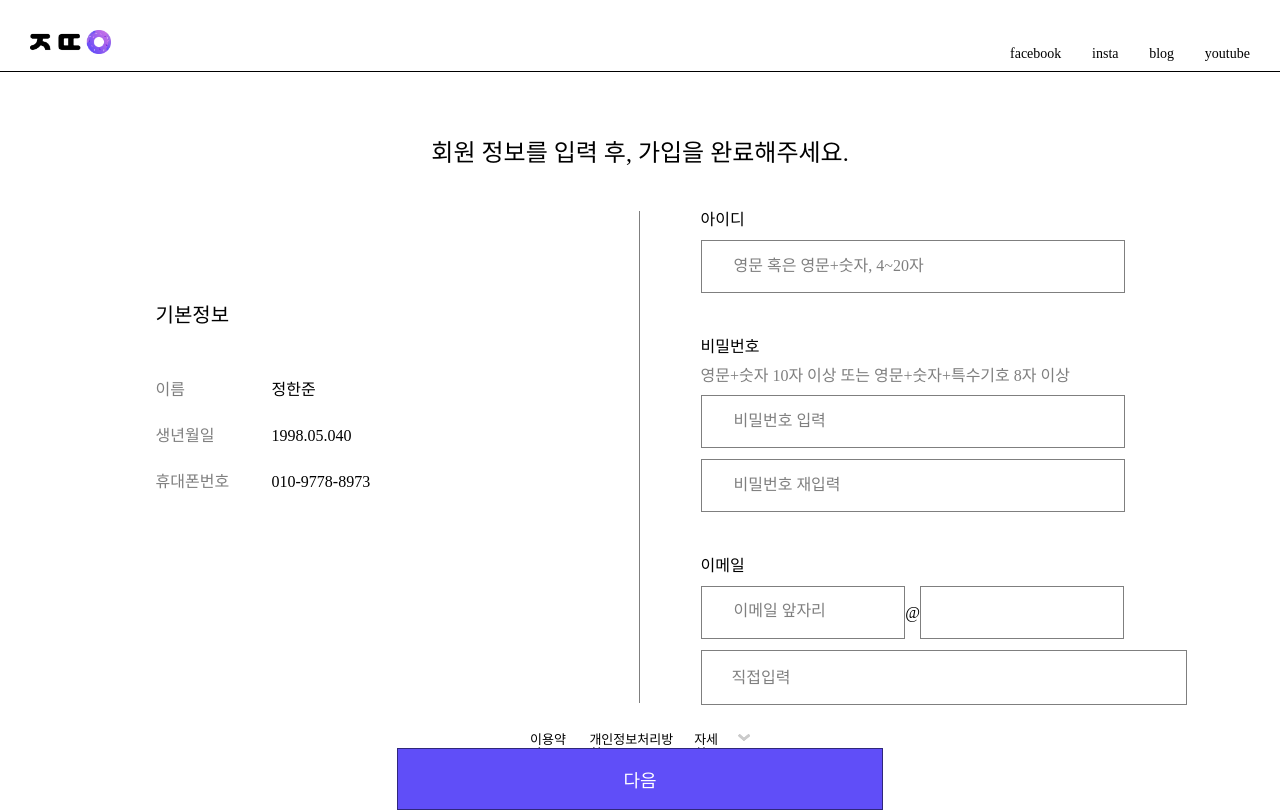
Repository: raoniee/Jaetteoli-React-Project
Page: /signup/begin
These files come from the project's save history. The page is drawn as it stood at one moment and after the next save; the edit follows.
The browser window is 1280 px wide. The pictures show the whole page.
Some web fonts or font styles are not loaded; a fallback is used. The project was rebuilt for these pictures with package versions that can differ from the ones it lists, and the page was loaded fresh each time. Also part of the build but not shown: src/component/main/ManageReview.module.css, src/component/main/ReviewContainer.module.css, src/component/main/ReviewItem.module.css, src/component/main/ReviewItem.js, src/component/main/ReviewContainer.js, src/component/sidebar/SideBar.module.css, src/component/sidebar/SideBar.js, src/component/main/ManageReview.js and 53 more.

Above is the page before, as saved 2023-07-06 21:38:29.

After the next save:
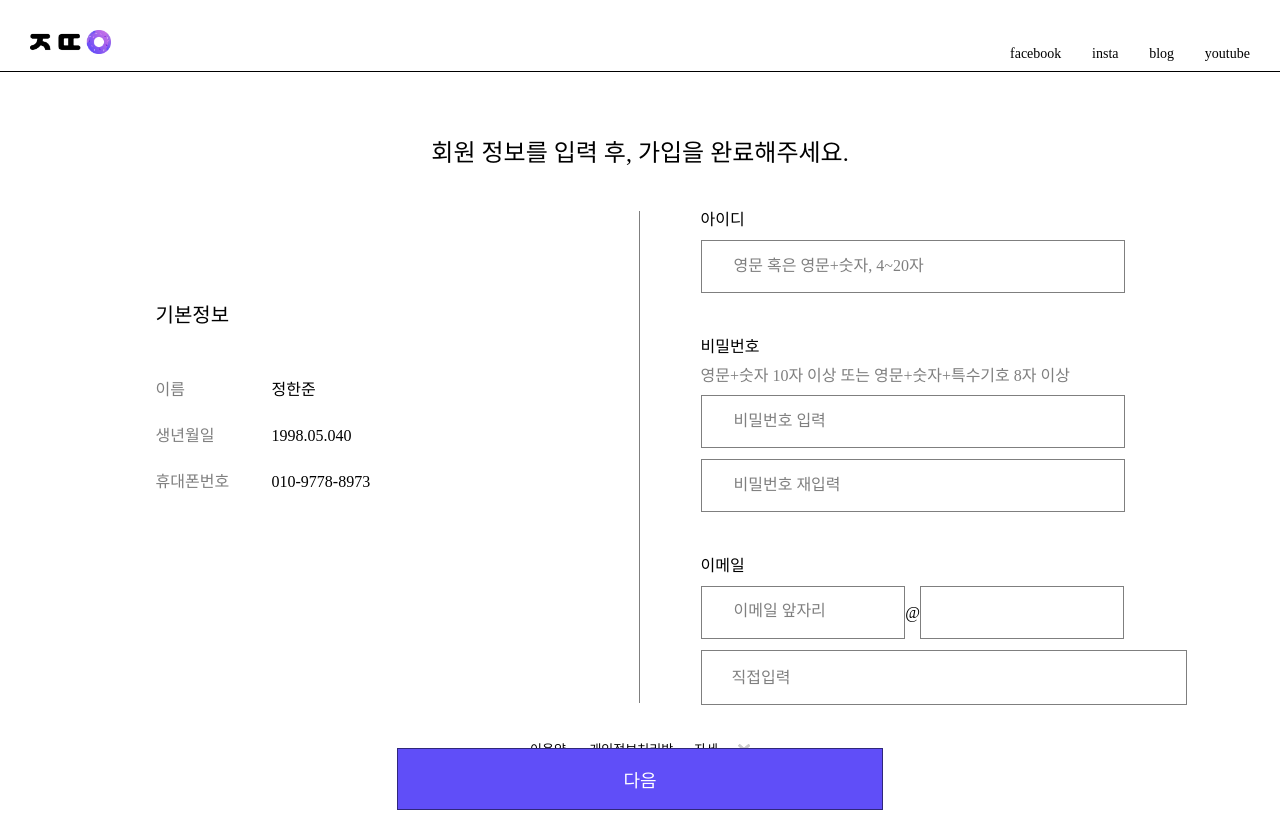
Saved 5 s later.
--- a/src/component/memberShip/MembershipInformation.module.css
+++ b/src/component/memberShip/MembershipInformation.module.css
@@ -6,7 +6,7 @@
 .MembershipInformation {
   margin: 0 auto;
   margin-top: 140px;
-  margin-bottom: 30px;
+  margin-bottom: 40px;
 }
 
 .title {
